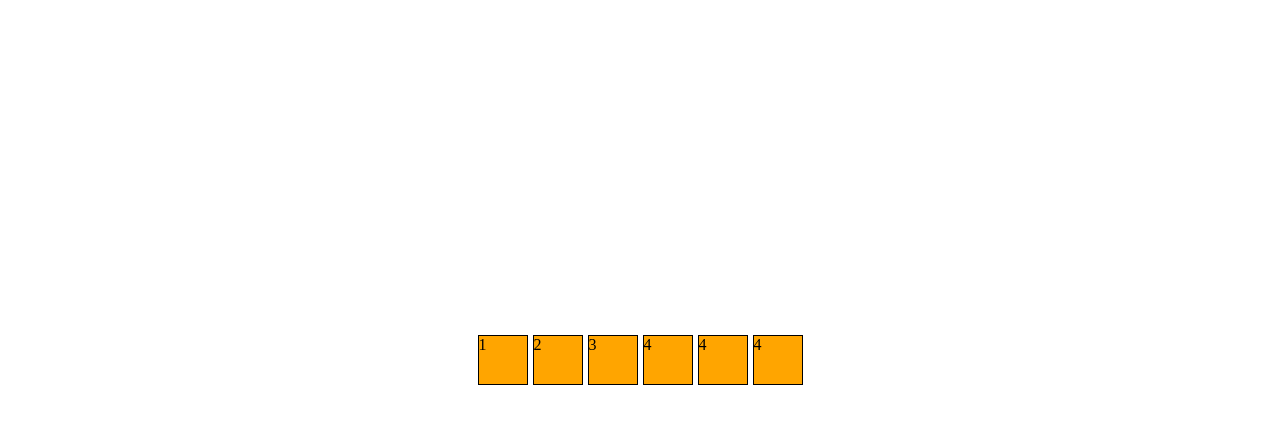
Repository: wisdomphamdev/flex-box
Page: index.html
The author's editor kept a copy of each file at every save. The page is drawn from the files as they stood at one save, then again after a run of saves.
The browser window is 1280 px wide. The pictures show the whole page.

Above is the page before, as saved 2024-06-10 21:18:23.

After the next 5 saves:
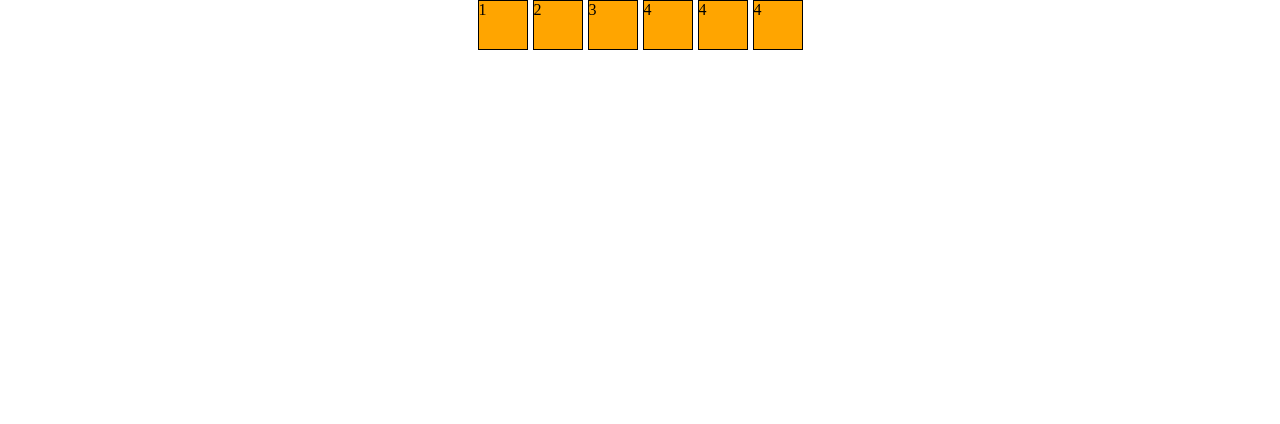
The 5 saves are shown as one change because they came seconds apart.
The last was saved 110 s later.
--- a/style.css
+++ b/style.css
@@ -28,7 +28,8 @@
   /* justify-content:space-around ; */
   /* justify-content: space-evenly; */
   /* align-items: start; */
-  align-items: center;
+  /* align-items: center; */
+  align-items: stretch;
   /* align-items: end; */
 
     gap: 5px;
